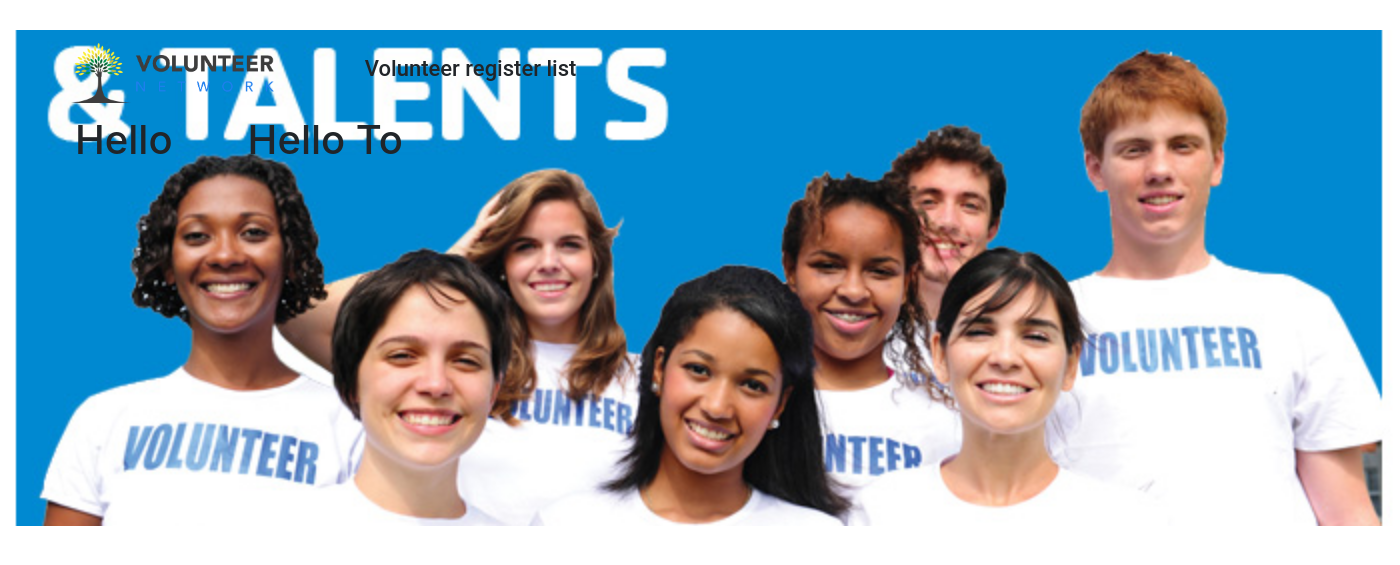
Repository: MdTahsinAmin/volunteer-network-client
Page: /adminPanel
An editor plug-in stored every save of this project. The page is shown before and after the next save, followed by the edit.
The browser window is 1280 px wide. The page is 1400 px wide, so the pictures cover 1400 px, including what lies to the right of the window. The pictures show the whole page.
The project was rebuilt for these pictures with package versions that can differ from the ones it lists, and the page was loaded fresh each time.

Above is the page before, as saved 2020-10-04 23:09:35.

### public/index.html
<!DOCTYPE html>
<html lang="en">
  <head>
    <meta charset="utf-8" />
    <link rel="icon" href="%PUBLIC_URL%/favicon.ico" />
    <meta name="viewport" content="width=device-width, initial-scale=1" />
    <meta name="theme-color" content="#000000" />
    <meta
      name="description"
      content="Web site created using create-react-app"
    />
    <link rel="apple-touch-icon" href="%PUBLIC_URL%/logo192.png" />
    <!--
      manifest.json provides metadata used when your web app is installed on a
      user's mobile device or desktop. See https://developers.google.com/web/fundamentals/web-app-manifest/
    -->
    <link rel="manifest" href="%PUBLIC_URL%/manifest.json" />
    <!--
      Notice the use of %PUBLIC_URL% in the tags above.
      It will be replaced with the URL of the `public` folder during the build.
      Only files inside the `public` folder can be referenced from the HTML.

      Unlike "/favicon.ico" or "favicon.ico", "%PUBLIC_URL%/favicon.ico" will
      work correctly both with client-side routing and a non-root public URL.
      Learn how to configure a non-root public URL by running `npm run build`.
    -->
    <title>Volunteer Network</title>
  </head>
  <body>
    <noscript>You need to enable JavaScript to run this app.</noscript>
    <div id="root"></div>
    <!--
      This HTML file is a template.
      If you open it directly in the browser, you will see an empty page.

      You can add webfonts, meta tags, or analytics to this file.
      The build step will place the bundled scripts into the <body> tag.

      To begin the development, run `npm start` or `yarn start`.
      To create a production bundle, use `npm run build` or `yarn build`.
    -->
  </body>
</html>

### src/App.js
import React from 'react';
import './App.css';
import Header from './components/Header/Header';
import {
  BrowserRouter as Router,
  Switch,
  Route,
  Link
} from "react-router-dom";
import AdminPanel from './components/AdminPanel/AdminPanel';
function App() {
  return (
    <div className="App">
     <Router>
      <Switch>
        <Route path ='/home'>
         <Header navbar={true}></Header>
        </Route>
        <Route path="/adminPanel">
           <div>
           <Header navbar={false}></Header>
           <AdminPanel/>
           </div>
        </Route>
        <Route exact path="/">
           <Header navbar={true}></Header>
        </Route>
      </Switch>
     </Router>
    </div>
  );
}

export default App;

### src/App.css
.App {
    background-image:url('./logos/Volunteer_Image.jpg');
    background-repeat: no-repeat;
    background-size: cover;
    background-position: center;
    width: 1400px;
    height: 496px;
    left: 1px;
    top: -1px;
}

.App-logo {
  height: 40vmin;
  pointer-events: none;
}

@media (prefers-reduced-motion: no-preference) {
  .App-logo {
    animation: App-logo-spin infinite 20s linear;
  }
}

.App-header {
  background-color: #282c34;
  min-height: 100vh;
  display: flex;
  flex-direction: column;
  align-items: center;
  justify-content: center;
  font-size: calc(10px + 2vmin);
  color: white;
}

.App-link {
  color: #61dafb;
}

@keyframes App-logo-spin {
  from {
    transform: rotate(0deg);
  }
  to {
    transform: rotate(360deg);
  }
}

### src/components/Header/Header.js
import React from 'react';
import { Link, useHistory } from 'react-router-dom';
import './Header.css'
import volunteerLogo from '../../logos/volunteer.png';
import { styled } from '@material-ui/core/styles';
import Button from '@material-ui/core/Button';

// Material Button

const MyButton = styled(Button)({
    background: 'linear-gradient(45deg, #3F90FC 30%, #3F90FC 90%)',
    border: 0,
    borderRadius: '6px',
    color: 'white',
    height: 48,
    padding: '14px 43px',
    marginRight:'15px',
    marginLeft:'9px',
    cursor:'pointer'
  });

  const AdminBtn = styled(Button)({
    background: 'linear-gradient(45deg, #434141 30%, #434141 90%)',
    border: 0,
    borderRadius: '6px',
    color: 'white',
    height: 48,
    padding: '14px 43px',
    marginRight:'15px',
    cursor:'pointer'
  })

const Header = (props) => {

    const history = useHistory();

    const handleAdminPanel = () =>{
         history.push('/adminPanel');
    }


    return (
      <div className="header">
          <div className={props.navbar ? "container" : 'adminPanel'}>
          <nav className="navbar navbar-expand-lg navbar-light">
            <Link to='/home' className="navbar-brand"><img className={props.navbar ?'volunteerLogo':'Logo'} src={volunteerLogo} alt=""/></Link>
            <button className="navbar-toggler" type="button" data-toggle="collapse" data-target="#navbarSupportedContent" aria-controls="navbarSupportedContent" aria-expanded="false" aria-label="Toggle navigation">
                <span className="navbar-toggler-icon"></span>
            </button>
            {
                !props.navbar && <h5 className="volunteer-list">Volunteer register list</h5>
            }
            {
                props.navbar &&  <div className="collapse navbar-collapse" id="navbarSupportedContent">
                <ul className="navbar-nav ml-auto">
                <li className="nav-item">
                    <Link className="nav-link item-nav">Home</Link>
                </li>
                <li className="nav-item">
                    <Link className="nav-link item-nav">Donation</Link>
                </li>
                <li className="nav-item">
                    <Link className="nav-link item-nav">Events</Link>
                </li>
                <li className="nav-item">
                    <Link className="nav-link item-nav">Blog</Link>
                </li>
                <li className="nav-item">
                    <MyButton>Register</MyButton>
                </li>
                <li className="nav-item">
                   <AdminBtn
                     onClick={handleAdminPanel}
                   >Admin
                   </AdminBtn>
                </li>
                </ul>
            </div>
            }
            </nav>
      </div>
   </div>
    );
};

export default Header;

### src/components/AdminPanel/AdminPanel.js
import React from 'react';
import './AdminPanel.css';
const AdminPanel = () => {
    return (
        <div className="adminPanel-section">
            <div className="section-panel">
                 <h1>Hello</h1>
            </div>
            <div className='Volunteer-list'>
                 <h1>Hello To </h1>
            </div>
        </div>
    );
};

export default AdminPanel;

### src/components/Header/Header.css
.volunteerLogo{
    width: 202.81px;
    height: 60px;
    left: 88px;
    top: 44px;
}
.header{
    margin-top: 30px;
}
.nav-link{
    font-family: Montserrat;
    font-style: normal;
    font-weight: 500;
    font-size: 20px;
    text-align: center;
    color: #0B0B0B;
}

### src/components/AdminPanel/AdminPanel.css
.adminPanel{
    margin-right:20px;
}
.Logo{
    width: 202.81px;
    height: 60px;
    left: 88px;
    top: 44px;
    margin-left:55px;
}
.volunteer-list{
    margin-left:75px;
    font-family: Roboto;
    font-style: normal;
    font-weight: 500;
    font-size: 22px;
}
.adminPanel-section{
    display:flex;
}
.section-panel{
    margin-left:75px;
}
.Volunteer-list{
    width:75%;
    margin-left:75px;
}

Loaded but not shown: src/index.js (common file); src/index.css (common file); src/serviceWorker.js (common file)

After the next save:
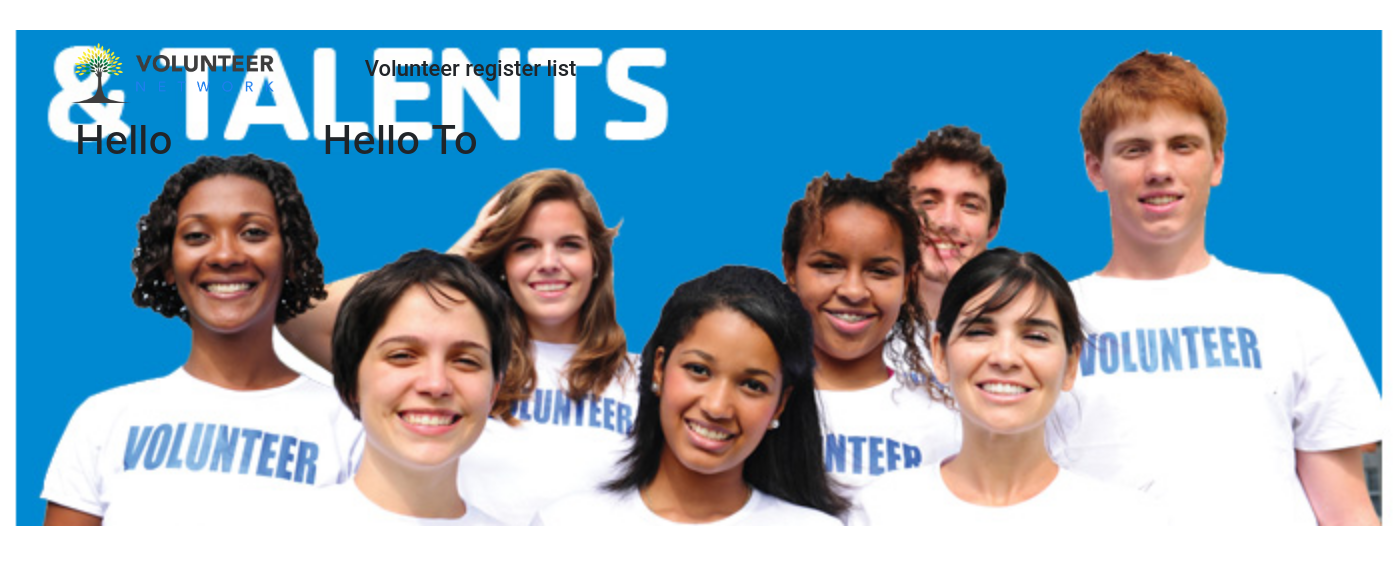
Saved 6 s later.
--- a/src/components/AdminPanel/AdminPanel.css
+++ b/src/components/AdminPanel/AdminPanel.css
@@ -23,5 +23,5 @@
 }
 .Volunteer-list{
     width:75%;
-    margin-left:75px;
+    margin-left:150px;
 }
